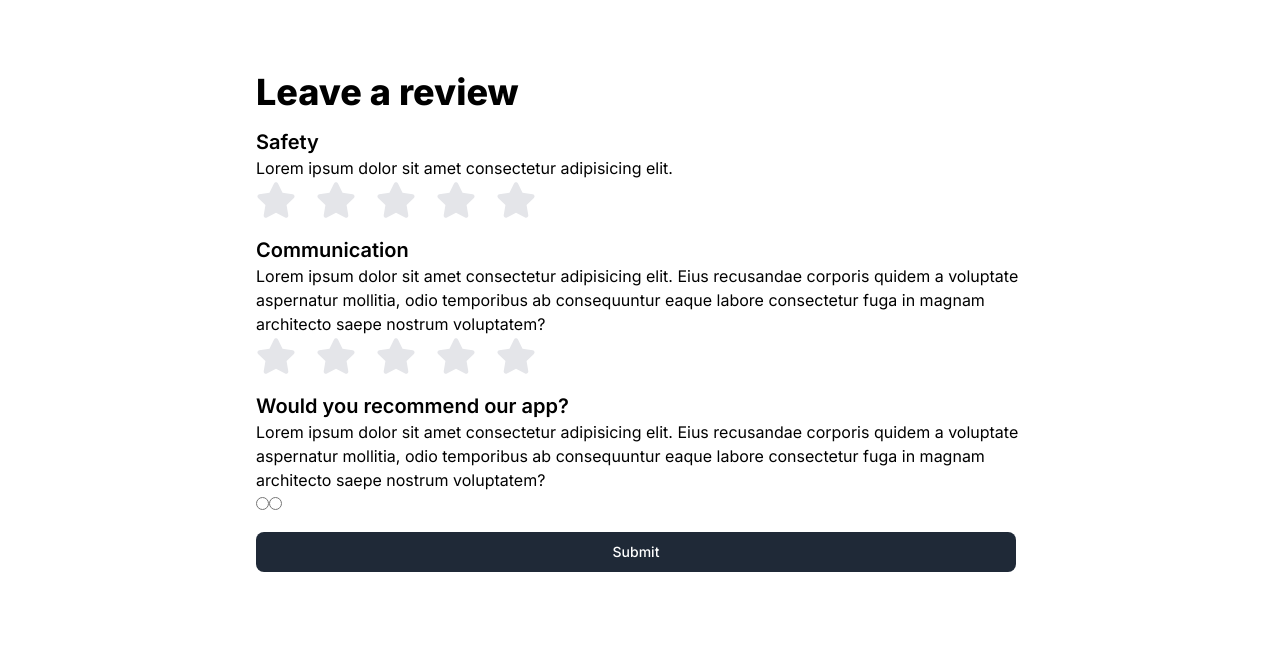
Repository: akankshaajoshi/review-form
Page: /review
The author's editor kept a copy of each file at every save. The page is drawn from the files as they stood at one save, then again after a run of saves.
The browser window is 1280 px wide. The pictures show the whole page.
The project was rebuilt for these pictures with package versions that can differ from the ones it lists, and the page was loaded fresh each time. The framework's server and built-in components were replaced by stand-ins that run in the browser. Also part of the build but not shown: next.config.mjs.

Above is the page before, as saved 2024-05-25 13:21:50.

After the next 2 saves:
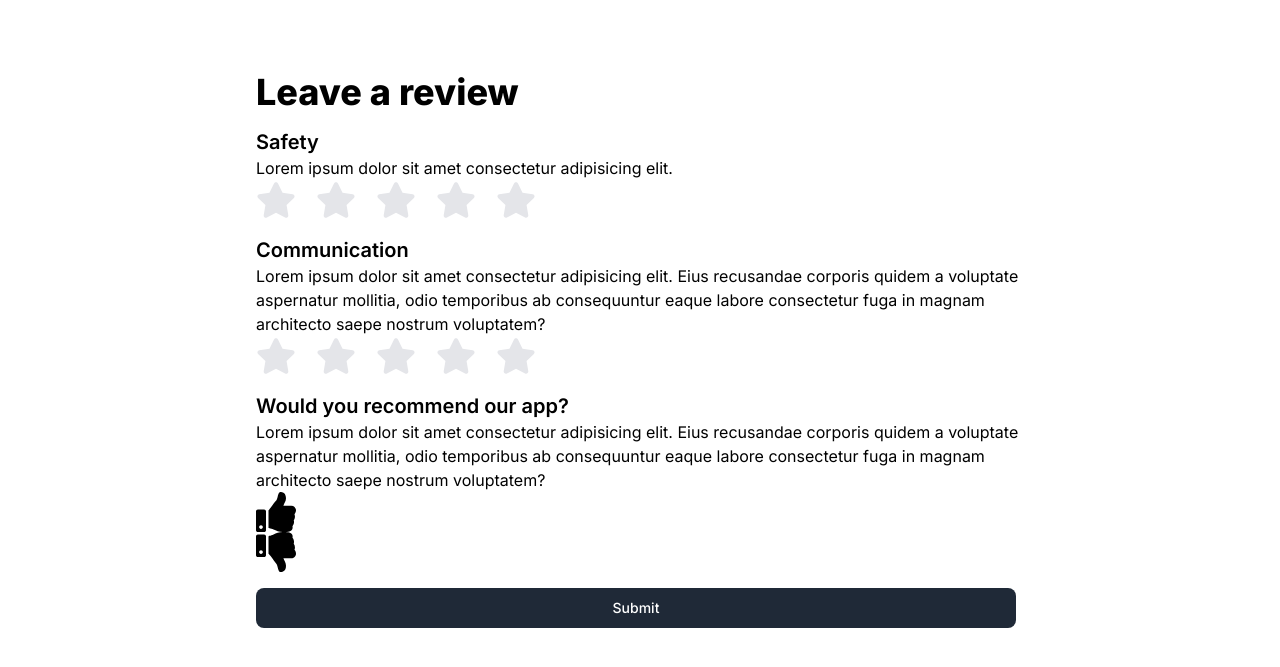
The 2 saves are shown as one change because they came seconds apart.
The last was saved 38 s later.
--- a/app/(routes)/review/page.tsx
+++ b/app/(routes)/review/page.tsx
@@ -3,6 +3,7 @@
 import { useFormState, useFormStatus } from "react-dom";
 import {createReview} from "@/app/actions"
 import StarRating from "./../../_components/StarRatings"
+import TrueOrFalse from './../../_components/TrueOrFalse'
 
 const initialState = {
     message: null,
@@ -41,8 +42,7 @@ export default function Review(){
                 <fieldset>
                     <label htmlFor="recommend" className="text-xl font-semibold">Would you recommend our app? </label>
                     <p>Lorem ipsum dolor sit amet consectetur adipisicing elit. Eius recusandae corporis quidem a voluptate aspernatur mollitia, odio temporibus ab consequuntur eaque labore consectetur fuga in magnam architecto saepe nostrum voluptatem?</p>
-                    <input type="radio" name="recommend" id="true" value="true" />
-                    <input type="radio" name="recommend" id="false" value="false"/>
+                    <TrueOrFalse name="recommend"/>
                 </fieldset>
                 <SubmitButton/>
             </form>
